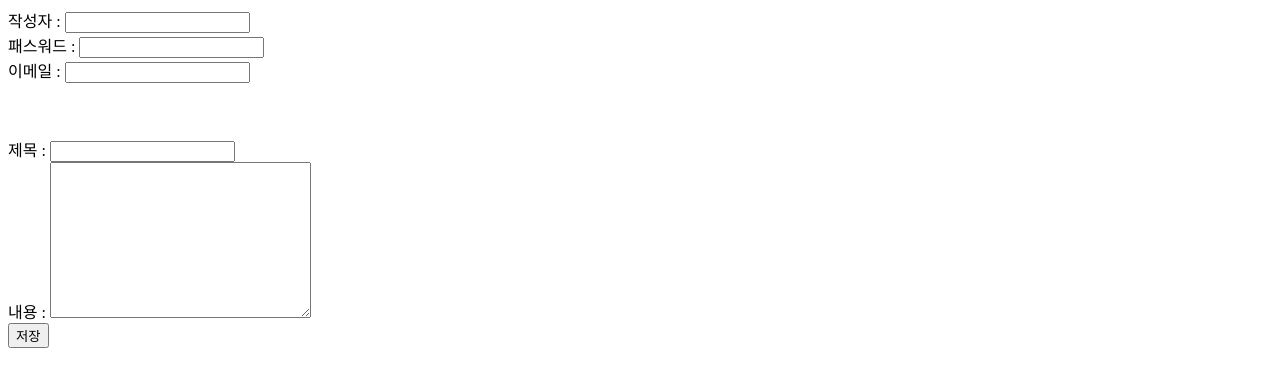
Repository: GitOnibi/jsp
Page: http://localhost/JSPprojec/notice/write_form.jsp?mode=write
An editor plug-in stored every save of this project. The page is shown before and after the next save, followed by the edit.
The browser window is 1280 px wide. The pictures show the whole page.
The page is served by Tomcat 9. Other server files are loaded and not shown.

Above is the page before, as saved 2019-01-11 10:48:51.

### JSPprojec/WebContent/notice/write_form.jsp
<%@ page language="java" contentType="text/html; charset=UTF-8" pageEncoding="UTF-8"%>
<!DOCTYPE html>
<html>
<head>
<meta charset="UTF-8">
<title>write_form</title>
</head>
<body>
	<form action="" id="writeFrm">
		작성자 : <input type="text" name="user_id"/><br />
		패스워드 : <input type="text" name="user_pw"/><br />
		이메일 : <input type="text" name="user_email"/><br /><br /><br /><br />
		제목 : <input type="text" name="title"/><br />
		내용 : <textarea name="contents" id="" cols="30" rows="10"></textarea><br />
		<input type="submit" value="저장"/>
	</form>
</body>
</html>

After the next save:
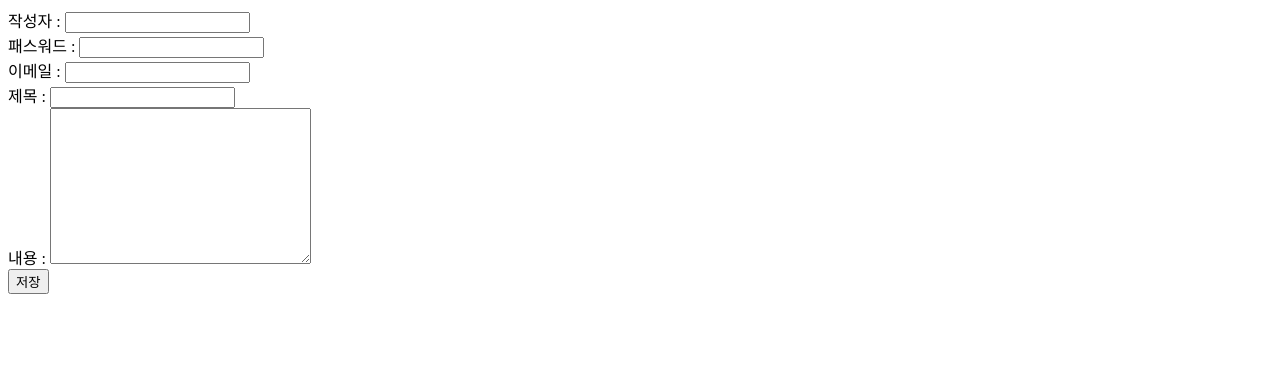
Saved 11 s later.
--- a/JSPprojec/WebContent/notice/write_form.jsp
+++ b/JSPprojec/WebContent/notice/write_form.jsp
@@ -9,7 +9,7 @@
 	<form action="" id="writeFrm">
 		작성자 : <input type="text" name="user_id"/><br />
 		패스워드 : <input type="text" name="user_pw"/><br />
-		이메일 : <input type="text" name="user_email"/><br /><br /><br /><br />
+		이메일 : <input type="text" name="user_email"/><br />
 		제목 : <input type="text" name="title"/><br />
 		내용 : <textarea name="contents" id="" cols="30" rows="10"></textarea><br />
 		<input type="submit" value="저장"/>
